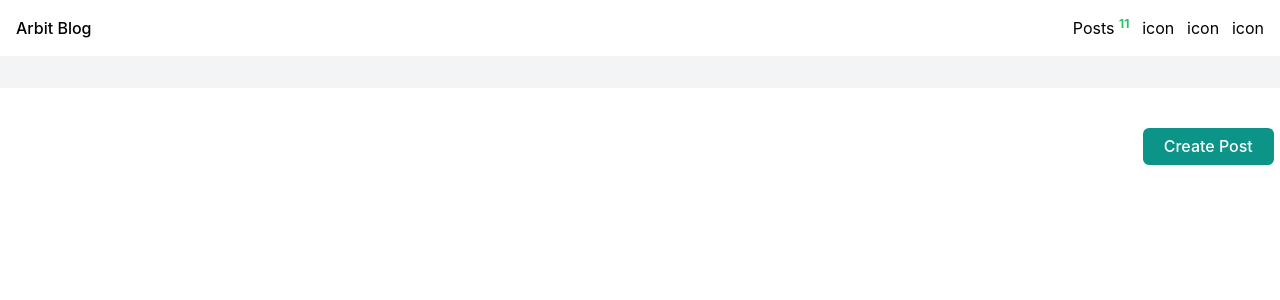
Repository: sam-lukaa/verde
Page: /
An editor plug-in stored every save of this project. The page is shown before and after the next save, followed by the edit.
The browser window is 1280 px wide. The pictures show the whole page.
The page's requests for data from a server got no answer. The project was rebuilt for these pictures with package versions that can differ from the ones it lists, and the page was loaded fresh each time. No one was signed in, and anything a server would have sent is missing. Also part of the build but not shown: src/App.css, src/pages/create.jsx, src/pages/edit.jsx, src/pages/post.jsx.

Above is the page before, as saved 2022-08-14 06:18:35.

### src/App.js
import { useState, useEffect, Fragment } from "react";
import { Routes, Route, Link, useNavigate } from "react-router-dom";

import "./App.css";
import { Button } from "./components/Button";
import { Create, Edit, Post } from "./pages";
import { instance } from "./utils/axios";

function App() {
  return (
    <main className=" bg-gray-100">
      {/* header */}
      <nav className="flex justify-between bg-white p-[1rem] top-0 sticky">
        <h3 className="font-[500]">Arbit Blog</h3>
        <div className="flex gap-[] lg:gap-[.8rem]">
          <Link to="/" className="hover:font-[500] cursor-pointer">
            Posts <sup className="text-green-500 font-bold"> 11</sup>
          </Link>
          <figure>icon</figure>
          <figure>icon</figure>
          <figure>icon</figure>
        </div>
      </nav>

      {/* routes */}
      <Routes>
        <Route path="/" element={<Home />} />
        <Route path="create" element={<Create />} />
        <Route path="edit/:id" element={<Edit />} />
        <Route path="post/:id" element={<Post />} />
      </Routes>
    </main>
  );
}

function Home() {
  const [posts, setPosts] = useState([]);

  useEffect(() => {
    async function fetchPosts() {
      try {
        const res = await instance.get("posts");
        console.log(res);

        setPosts(res.data);
      } catch (err) {
        console.log(err);
      }
    }

    fetchPosts();
  }, []);

  let navigate = useNavigate();

  return (
    <section className="bg-white my-[] lg:my-[2rem] py-[.4rem] lg:py-[2.5rem]">
      {/* create new post */}
      <section className="flex justify-end px-[.4rem] lg:px-[]">
        <Button
          variant="primary"
          onClick={() => {navigate("/create", { replace: true })}}
        >
          Create Post
        </Button>
      </section>

      {/* posts section */}
      <article className="flex flex-wrap gap-[1.5rem] lg:gap-[3.5rem] w-[100%] lg:w-[75%] mt-[1rem] lg:m-auto">
        {posts.map((post, _i) => {
          return (
            <Fragment key={_i}>
              <Link
                to="/post/123"
                className="w-[100%] lg:w-[30%] p-[.4rem] lg:p-[.8rem] hover:bg-gray-100 rounded-[6px]"
              >
                <h3 className="font-[500] text-[] lg:text-[1.4rem] mb-[.3rem]">
                  {post.title}
                </h3>
                <p className="text-gray-600 line-clamp-[] lg:line-clamp-4">
                  {post.body}
                </p>
              </Link>
            </Fragment>
          );
        })}
      </article>
    </section>
  );
}

export default App;

### src/components/Button.jsx
export const Button = ({ variant = null, children, props }) => {
  return (
    <div>
      <button
        className={`${
          variant === "primary"
            ? "bg-teal-600 hover:bg-teal-500"
            : variant === "danger"
            ? "bg-red-500 hover:bg-red-400"
            : "bg-gray-300 hover:bg-gray-200"
        } ${
          variant === null ? "text-black" : "text-white"
        } p-[.4rem] lg:px-[1.3rem] lg:py-[.4rem] font-[500] rounded-[6px] lg:rounded-[6px] hover:transition-all hover:ease-in ease-out duration-[.3s]`}
        {...props}
      >
        {children}
      </button>
    </div>
  );
};

### src/pages/index.js
export * from './create';
export * from './edit';
export * from './post';

### src/utils/axios.js
import axios from 'axios';
const instance = axios.create({ baseURL: 'https://jsonplaceholder.typicode.com/' });
export {instance};

### tailwind.config.js
/** @type {import('tailwindcss').Config} */
module.exports = {
  content: ["./src/**/*.{jsx,js}"],
  theme: {
    extend: {},
  },
  plugins: [require("@tailwindcss/line-clamp")],
};

Loaded but not shown: public/index.html (common file); src/index.js (common file); src/index.css (common file); src/reportWebVitals.js (common file)

After the next save:
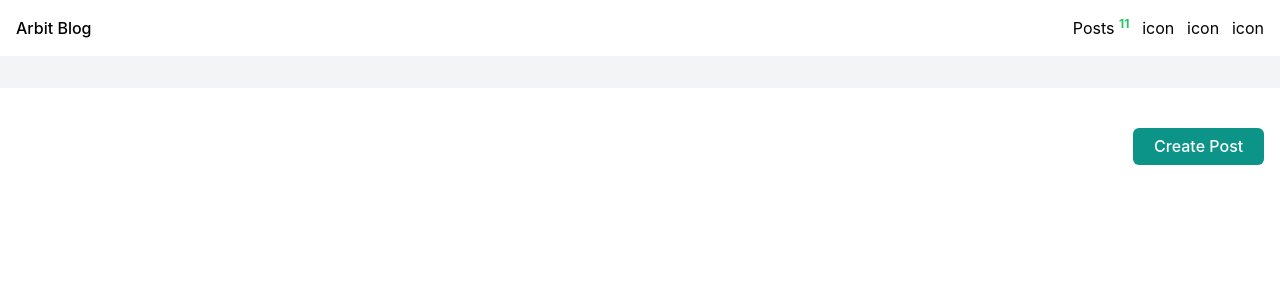
Saved 15 s later.
--- a/src/App.js
+++ b/src/App.js
@@ -56,7 +56,7 @@ function Home() {
   return (
     <section className="bg-white my-[] lg:my-[2rem] py-[.4rem] lg:py-[2.5rem]">
       {/* create new post */}
-      <section className="flex justify-end px-[.4rem] lg:px-[]">
+      <section className="flex justify-end px-[1rem] lg:px-[1rem]">
         <Button
           variant="primary"
           onClick={() => {navigate("/create", { replace: true })}}
